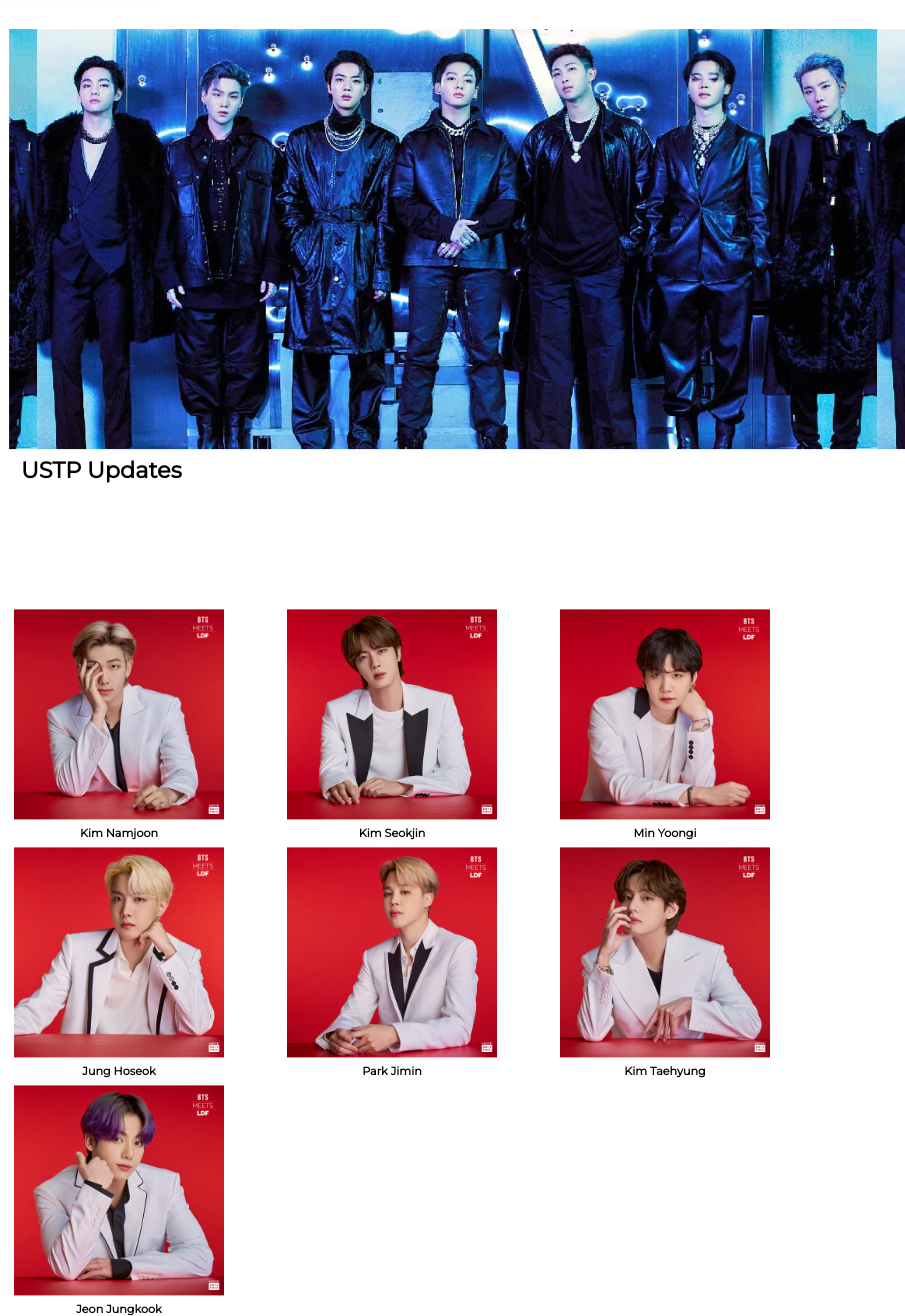
Repository: Joy5345/Colis-MidTerm_PIT
Page: index.html
An editor plug-in stored every save of this project. The page is shown before and after the next save, followed by the edit.
The browser window is 1280 px wide. The page is 1293 px wide, so the pictures cover 1293 px, including what lies to the right of the window. The pictures show the part of the page from y = 911 to 2791 px (the page is 2791 px tall), at 70% of full size.

Above is the page before, as saved 2023-07-29 20:03:29.

After the next save:
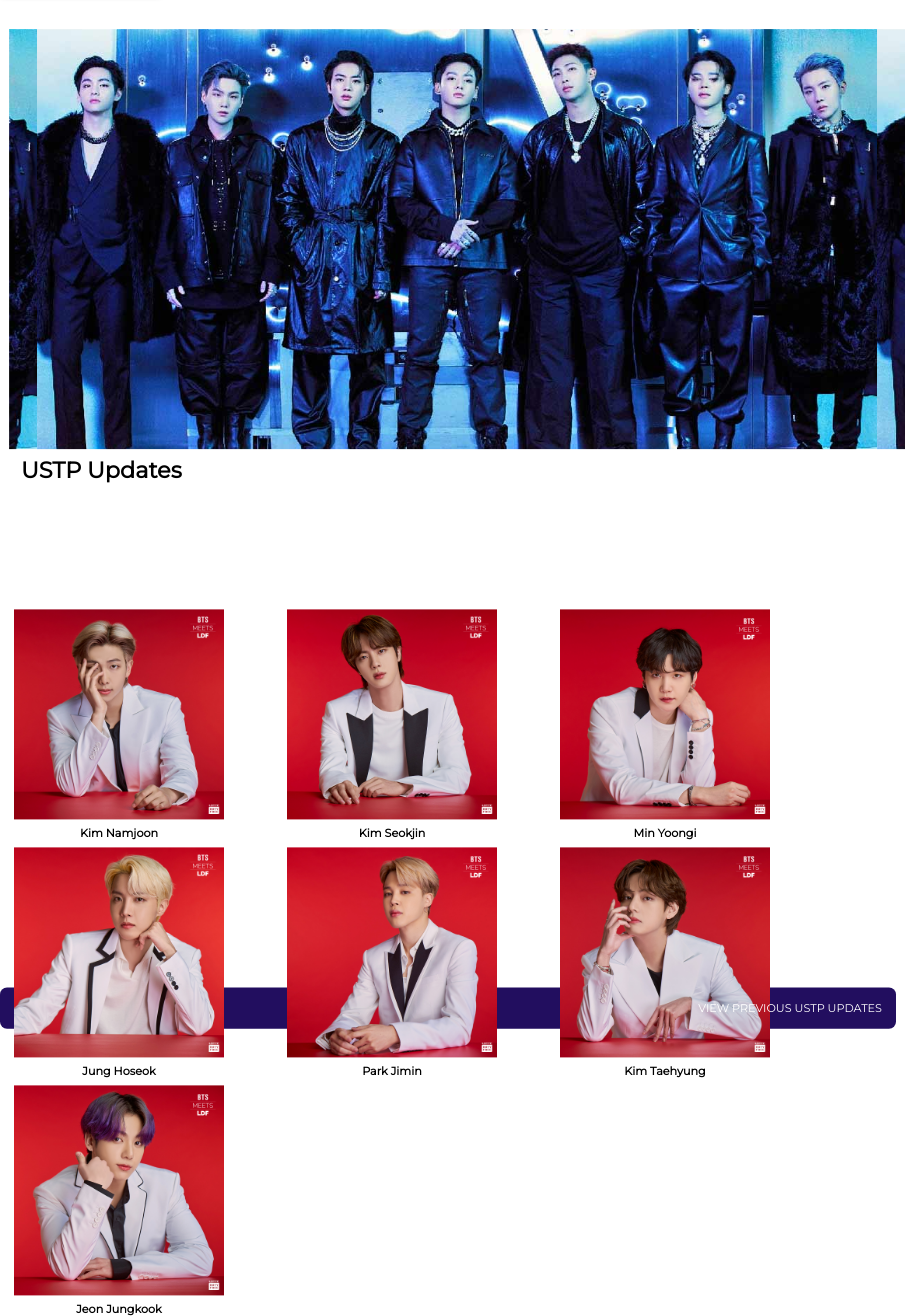
Saved 73 s later.
--- a/index.html
+++ b/index.html
@@ -146,6 +146,11 @@
         </div>
     </div>
 
+    <div class="about-ustp-header">
+        <nav class="about-ustp">
+            <a href="#">View Previous USTP Updates</a>
+        </nav>
+    </div>
 
 </body>
 </html>
